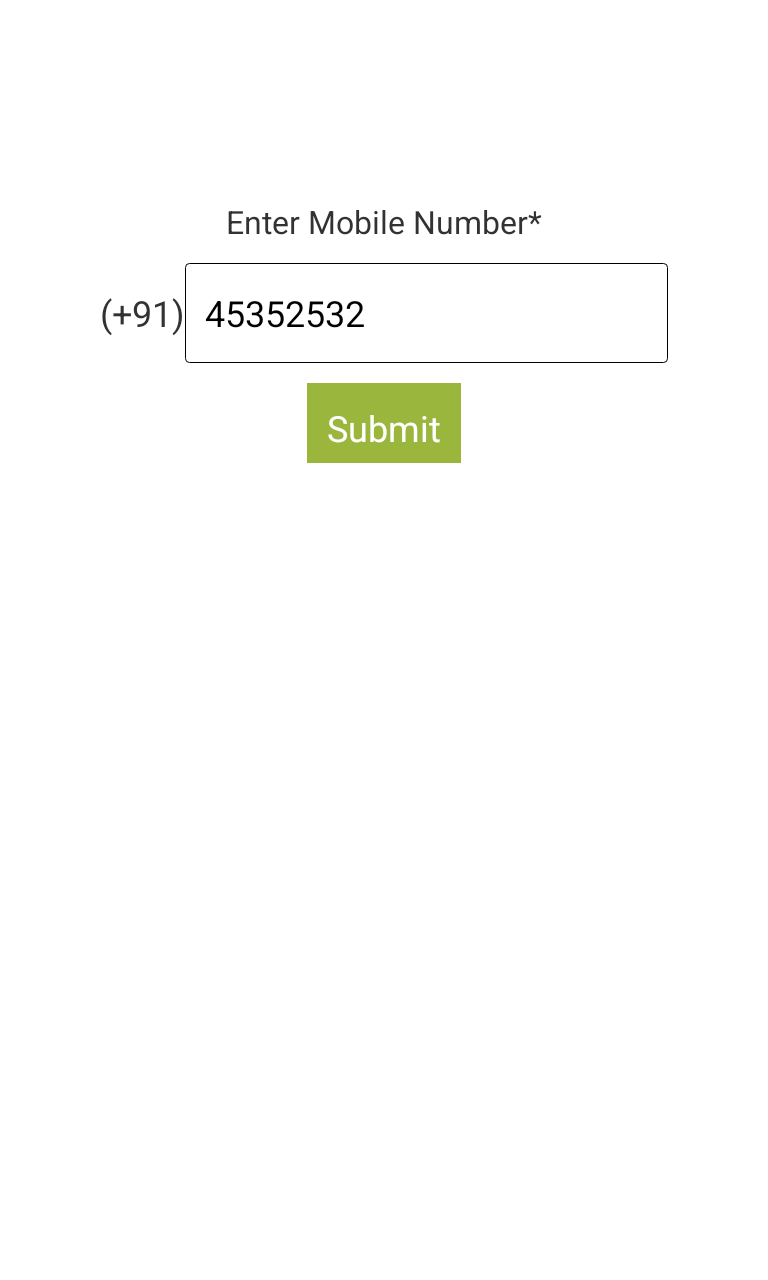
Repository: amitvikramjaiswal/amit-work
Layout: MandiTrades/MandiTradesAndroid/res/layout/first_screen.xml
These files come from the project's save history. The layout is drawn as it stood at one moment and after the next save; the edit follows.
It is drawn on a 768 x 1280 px phone screen (xhdpi) without system bars, with theme AppTheme; the app's code is not run.

Above is the layout before, as saved 2014-11-14 14:10:54.

### MandiTrades/MandiTradesAndroid/res/layout/first_screen.xml
<?xml version="1.0" encoding="utf-8"?>
<LinearLayout xmlns:android="http://schemas.android.com/apk/res/android"
    android:layout_width="match_parent"
    android:layout_height="match_parent"
    android:orientation="vertical" >

    <LinearLayout
        android:id="@+id/mobile_ll"
        android:layout_width="match_parent"
        android:layout_height="wrap_content"
        android:orientation="vertical" >

        <View
            android:layout_width="match_parent"
            android:layout_height="100dp" />

        <TextView
            android:layout_width="match_parent"
            android:layout_height="wrap_content"
            android:gravity="center"
            android:text="@string/enter_mobile_number"
            android:textSize="@dimen/text_size_large" />

        <LinearLayout
            android:layout_width="match_parent"
            android:layout_height="@dimen/height_row"
            android:layout_gravity="center"
            android:layout_marginLeft="50dp"
            android:layout_marginRight="50dp"
            android:layout_marginTop="@dimen/margin_left_right"
            android:orientation="horizontal" >

            <TextView
                android:layout_width="wrap_content"
                android:layout_height="wrap_content"
                android:gravity="center"
                android:text="(+91)"
                android:textSize="18sp" />

            <EditText
                android:id="@+id/mobile_et"
                android:layout_width="match_parent"
                android:layout_height="@dimen/height_row"
                android:background="@drawable/border_shape"
                android:hint="@string/mobile_number"
                android:inputType="number"
                android:maxLength="10"
                android:padding="@dimen/padding_normal"
                android:text="45352532"
                android:textColor="#000" />
        </LinearLayout>
    </LinearLayout>

    <LinearLayout
        android:id="@+id/otp_ll"
        android:layout_width="match_parent"
        android:layout_height="wrap_content"
        android:orientation="vertical"
        android:visibility="gone" >

        <View
            android:layout_width="match_parent"
            android:layout_height="100dp" />

        <TextView
            android:layout_width="match_parent"
            android:layout_height="wrap_content"
            android:gravity="center"
            android:text="@string/enter_otp"
            android:textSize="@dimen/text_size_large" />

        <RelativeLayout
            android:layout_width="match_parent"
            android:layout_height="wrap_content"
            android:layout_gravity="center_horizontal"
            android:layout_marginLeft="50dp"
            android:layout_marginRight="50dp"
            android:layout_marginTop="@dimen/margin_left_right"
            android:background="#ff9ab63c"
            android:padding="1dp" >

            <EditText
                android:id="@+id/otp_et"
                android:layout_width="match_parent"
                android:layout_height="@dimen/height_row"
                android:background="#fff"
                android:hint="@string/otp"
                android:inputType="number"
                android:maxLength="4"
                android:padding="@dimen/padding_normal"
                android:textColor="#000" />
        </RelativeLayout>
    </LinearLayout>

    <Button
        android:id="@+id/submit_btn"
        android:layout_width="wrap_content"
        android:layout_height="@dimen/height_button"
        android:layout_gravity="center_horizontal"
        android:layout_margin="@dimen/margin_left_right"
        android:background="#ff9ab63c"
        android:padding="@dimen/padding_normal"
        android:text="@string/submit"
        android:textColor="@android:color/white" />

</LinearLayout>

### MandiTrades/MandiTradesAndroid/res/values/styles.xml
<resources>

    <!--
        Base application theme, dependent on API level. This theme is replaced
        by AppBaseTheme from res/values-vXX/styles.xml on newer devices.
    -->
    <style name="AppBaseTheme" parent="android:Theme.Light">
        <!--
            Theme customizations available in newer API levels can go in
            res/values-vXX/styles.xml, while customizations related to
            backward-compatibility can go here.
        -->
    </style>

    <!-- Application theme. -->
    <style name="AppTheme" parent="AppBaseTheme">

        <!-- All customizations that are NOT specific to a particular API-level can go here. -->
        <item name="titleTextStyle">@style/TitleTextStyle</item>
    </style>

    <!-- *********************************************** Custom Progress Dialog *********************************************** -->
    <style name="CustomProgressDialog" parent="android:Theme.Holo.Dialog">
        <item name="android:alertDialogStyle">@style/CustomAlertDialogStyle</item>
        <item name="android:windowBackground">@color/transparent</item>
        <item name="android:textColorPrimary">#FFFFFF</item>
        <item name="android:backgroundDimEnabled">false</item>
        <item name="android:textColor">#FFFFFF</item>
        <item name="android:textStyle">normal</item>
        <item name="android:textSize">12sp</item>
    </style>

    <style name="CustomAlertDialogStyle">
        <item name="android:bottomBright">@color/transparent</item>
        <item name="android:bottomDark">@color/transparent</item>
        <item name="android:bottomMedium">@color/transparent</item>
        <item name="android:centerBright">@color/transparent</item>
        <item name="android:centerDark">@color/transparent</item>
        <item name="android:centerMedium">@color/transparent</item>
        <item name="android:fullBright">@color/transparent</item>
        <item name="android:fullDark">@color/transparent</item>
        <item name="android:topBright">@color/transparent</item>
        <item name="android:topDark">@color/transparent</item>
    </style>

    <style name="TitleTextStyle" parent="@style/TextAppearance.AppCompat.Widget.ActionBar.Title">
        <item name="android:gravity">center</item>
    </style>

</resources>

### MandiTrades/MandiTradesAndroid/res/values-sw600dp/dimens.xml
<resources>

    <!--
         Customize dimensions originally defined in res/values/dimens.xml (such as
         screen margins) for sw600dp devices (e.g. 7" tablets) here.
    -->
    <dimen name="activity_horizontal_margin">16dp</dimen>
    <dimen name="activity_vertical_margin">16dp</dimen>
    <dimen name="text_size_normal">18sp</dimen>
    <dimen name="text_size_small">14sp</dimen>
    <dimen name="text_size_large">22sp</dimen>
    <dimen name="width_small_field_1">150dp</dimen>
    <dimen name="width_small_field_2">100dp</dimen>
    <dimen name="height_row">50dp</dimen>
    <dimen name="height_button">70dp</dimen>
    <dimen name="margin_left_right">10dp</dimen>
    <dimen name="margin_address">20dp</dimen>
    <dimen name="width_large_field">260dp</dimen>
    <dimen name="size_icon">50dp</dimen>
    <dimen name="text_size_heading">22sp</dimen>

    <!-- Main Menu -->

    <dimen name="height_main_menu_ll">230dp</dimen>
    <dimen name="width_main_menu_ll">230dp</dimen>
    <dimen name="size_alert_main_menu_icon">130dp</dimen>
    <dimen name="size_main_menu_icon">130dp</dimen>
    <dimen name="padding_main_menu_icon">30dp</dimen>
    <dimen name="padding_main_menu_layout">15dp</dimen>
    <dimen name="size_main_menu_icon_rl">142dp</dimen>
    <dimen name="slidermenu_width">250dp</dimen>

    <!-- New Sale Commodity Page -->

    <dimen name="height_commodity_title">45dp</dimen>
    <dimen name="padding_commodity_title">5dp</dimen>
    <dimen name="text_size_commodity_title">20sp</dimen>

    <!-- New Sale Horizontal Scroll Template -->

    <dimen name="width_image_view">120dp</dimen>
    <dimen name="height_image_view">120dp</dimen>
    <dimen name="width_text_view">120dp</dimen>
    <dimen name="height_text_view">20dp</dimen>
    <dimen name="text_size_commodity_name">18sp</dimen>

    <!-- New Sale Post Page -->
    <dimen name="width_label_column">160dp</dimen>
    <dimen name="image_height">300dp</dimen>
    <dimen name="padding_image">5dp</dimen>
    <dimen name="padding_normal">10dp</dimen>
    <dimen name="padding_small">5dp</dimen>
    <dimen name="text_size_timer">30sp</dimen>

    <!-- NEWS Page -->
    <dimen name="width_news_image">120dp</dimen>
    <dimen name="height_news_image">80dp</dimen>
    <dimen name="cart_label_radious">15dp</dimen>
    <dimen name="home_screen_first_row_top_margin">12dp</dimen>
    <dimen name="main_menu_top_margin">50dp</dimen>

    <!-- Image Upload -->

    <dimen name="height_image_upload_layout">140dp</dimen>
    <dimen name="height_image_upload_icon">110dp</dimen>

</resources>

### MandiTrades/MandiTradesAndroid/res/values-sw720dp/dimens.xml
<resources>

    <!--
         Customize dimensions originally defined in res/values/dimens.xml (such as
         screen margins) for sw600dp devices (e.g. 7" tablets) here.
    -->
    <dimen name="activity_horizontal_margin">16dp</dimen>
    <dimen name="activity_vertical_margin">16dp</dimen>
    <dimen name="text_size_normal">16sp</dimen>
    <dimen name="text_size_small">14sp</dimen>
    <dimen name="text_size_large">18sp</dimen>
    <dimen name="width_small_field_1">150dp</dimen>
    <dimen name="width_small_field_2">100dp</dimen>
    <dimen name="height_row">50dp</dimen>
    <dimen name="height_button">70dp</dimen>
    <dimen name="margin_left_right">10dp</dimen>
    <dimen name="margin_address">20dp</dimen>
    <dimen name="width_large_field">260dp</dimen>
    <dimen name="size_icon">50dp</dimen>
    <dimen name="text_size_heading">22sp</dimen>

    <!-- Main Menu -->

    <dimen name="height_main_menu_ll">230dp</dimen>
    <dimen name="width_main_menu_ll">230dp</dimen>
    <dimen name="size_alert_main_menu_icon">130dp</dimen>
    <dimen name="size_main_menu_icon">130dp</dimen>
    <dimen name="padding_main_menu_icon">30dp</dimen>
    <dimen name="padding_main_menu_layout">15dp</dimen>
    <dimen name="size_main_menu_icon_rl">142dp</dimen>
    <dimen name="slidermenu_width">250dp</dimen>

    <!-- New Sale Commodity Page -->

    <dimen name="height_commodity_title">45dp</dimen>
    <dimen name="padding_commodity_title">5dp</dimen>
    <dimen name="text_size_commodity_title">20sp</dimen>

    <!-- New Sale Horizontal Scroll Template -->

    <dimen name="width_image_view">120dp</dimen>
    <dimen name="height_image_view">120dp</dimen>
    <dimen name="width_text_view">120dp</dimen>
    <dimen name="height_text_view">20dp</dimen>
    <dimen name="text_size_commodity_name">18sp</dimen>

    <!-- New Sale Post Page -->
    <dimen name="width_label_column">140dp</dimen>
    <dimen name="image_height">300dp</dimen>
    <dimen name="padding_image">5dp</dimen>
    <dimen name="padding_normal">10dp</dimen>
    <dimen name="padding_small">5dp</dimen>
    <dimen name="text_size_timer">30sp</dimen>

    <!-- NEWS Page -->
    <dimen name="width_news_image">120dp</dimen>
    <dimen name="height_news_image">80dp</dimen>
    <dimen name="cart_label_radious">15dp</dimen>
    <dimen name="home_screen_first_row_top_margin">12dp</dimen>
    <dimen name="main_menu_top_margin">50dp</dimen>

    <!-- Image Upload -->

    <dimen name="height_image_upload_layout">140dp</dimen>
    <dimen name="height_image_upload_icon">110dp</dimen>

</resources>

### MandiTrades/MandiTradesAndroid/res/values/dimens.xml
<resources>

    <!--
         Customize dimensions originally defined in res/values/dimens.xml (such as
         screen margins) for sw600dp devices (e.g. 7" tablets) here.
    -->
    <dimen name="activity_horizontal_margin">16dp</dimen>
    <dimen name="activity_vertical_margin">16dp</dimen>

    <dimen name="text_size_notify">12sp</dimen>
    <dimen name="text_size_normal">16sp</dimen>
    <dimen name="text_size_small">14sp</dimen>
    <dimen name="text_size_large">20sp</dimen>
    <dimen name="width_small_field_1">150dp</dimen>
    <dimen name="width_small_field_2">100dp</dimen>
    <dimen name="height_row">50dp</dimen>
    <dimen name="height_button">70dp</dimen>
    <dimen name="margin_left_right">10dp</dimen>
    <dimen name="margin_address">15dp</dimen>
    <dimen name="width_large_field">260dp</dimen>
    <dimen name="size_icon">50dp</dimen>
    <dimen name="margin_right">5dp</dimen>

    <!-- Main Menu -->

    <dimen name="height_main_menu_ll">200dp</dimen>
    <dimen name="width_main_menu_ll">180dp</dimen>
    <dimen name="size_alert_main_menu_icon">130dp</dimen>
    <dimen name="size_main_menu_icon">120dp</dimen>
    <dimen name="padding_main_menu_icon">30dp</dimen>
    <dimen name="padding_main_menu_layout">15dp</dimen>
    <dimen name="size_main_menu_icon_rl">112dp</dimen>
    <dimen name="slidermenu_width">200dp</dimen>

    <!-- New Sale Commodity Page -->

    <dimen name="height_commodity_title">45dp</dimen>
    <dimen name="padding_commodity_title">5dp</dimen>
    <dimen name="text_size_commodity_title">20sp</dimen>

    <!-- New Sale Horizontal Scroll Template -->

    <dimen name="width_image_view">120dp</dimen>
    <dimen name="height_image_view">120dp</dimen>
    <dimen name="width_text_view">120dp</dimen>
    <dimen name="height_text_view">20dp</dimen>
    <dimen name="text_size_commodity_name">18sp</dimen>

    <!-- New Sale Post Page -->
    <dimen name="width_label_column">140dp</dimen>
    <dimen name="image_height">300dp</dimen>
    <dimen name="padding_image">5dp</dimen>
    <dimen name="padding_normal">10dp</dimen>
    <dimen name="padding_small">5dp</dimen>
    <dimen name="text_size_timer">30sp</dimen>

    <!-- NEWS Page -->
    <dimen name="width_news_image">120dp</dimen>
    <dimen name="height_news_image">80dp</dimen>
    <dimen name="cart_label_radious">15dp</dimen>

    <dimen name="home_screen_first_row_top_margin">12dp</dimen>
    <dimen name="main_menu_top_margin">30dp</dimen>
    <dimen name="height_comment_box">80dp</dimen>
     <dimen name="text_size_heading">20sp</dimen>
     <dimen name="padding_very_small">2dp</dimen>

       <!-- Image Upload -->

    <dimen name="height_image_upload_layout">85dp</dimen>
    <dimen name="height_image_upload_icon">55dp</dimen>

</resources>

### MandiTrades/MandiTradesAndroid/res/drawable/border_shape.xml
<?xml version="1.0" encoding="utf-8"?>
<shape xmlns:android="http://schemas.android.com/apk/res/android"
android:shape="rectangle">
<corners
android:bottomRightRadius="2dp"
android:bottomLeftRadius="2dp"
android:topLeftRadius="2dp"
android:topRightRadius="2dp"/>
<solid android:color="#FFFFFF" />

<stroke android:width="0.5px" android:color="#000" />
</shape>

Loaded but not shown: MandiTrades/MandiTradesAndroid/res/values-v11/styles.xml (common file); MandiTrades/MandiTradesAndroid/res/values-v14/styles.xml (common file); MandiTrades/MandiTradesAndroid/res/values/strings.xml (193 lines, source omitted)

After the next save:
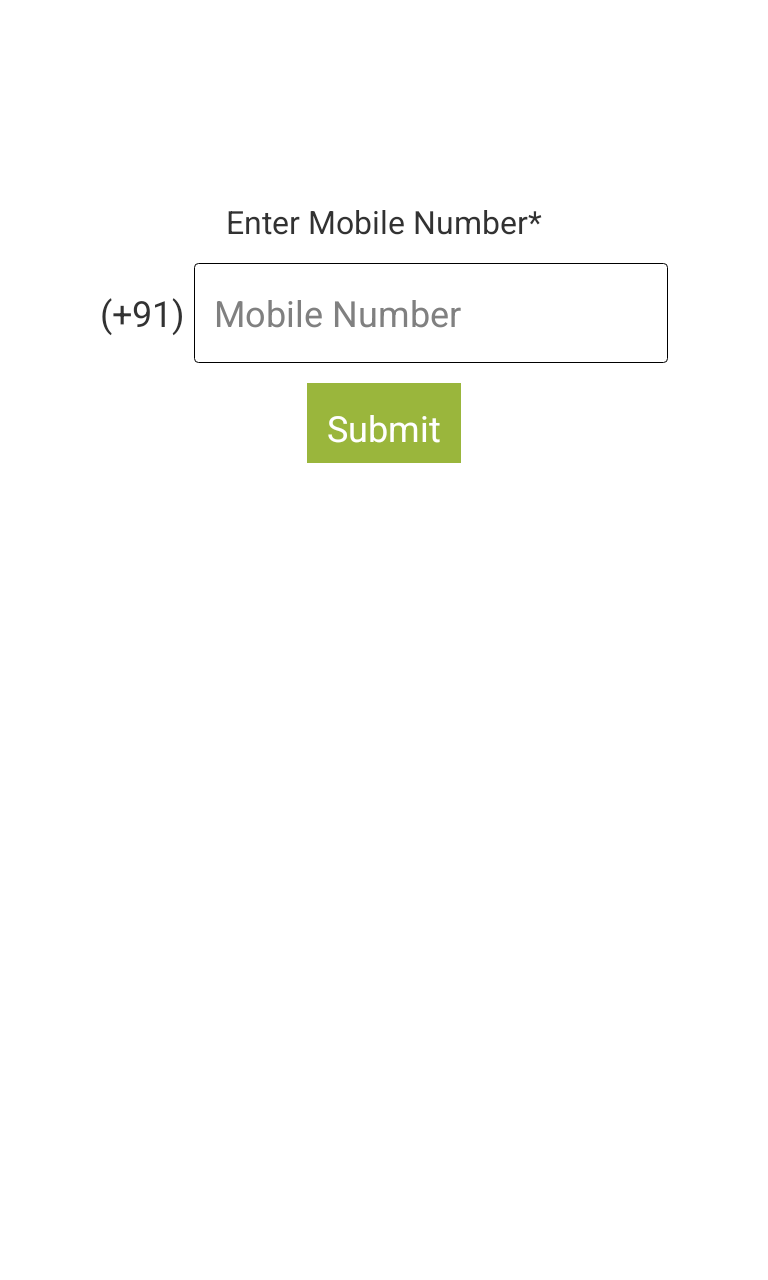
Saved 47 s later.
--- a/MandiTrades/MandiTradesAndroid/res/layout/first_screen.xml
+++ b/MandiTrades/MandiTradesAndroid/res/layout/first_screen.xml
@@ -34,7 +34,7 @@
                 android:layout_width="wrap_content"
                 android:layout_height="wrap_content"
                 android:gravity="center"
-                android:text="(+91)"
+                android:text="(+91) "
                 android:textSize="18sp" />
 
             <EditText
@@ -46,7 +46,6 @@
                 android:inputType="number"
                 android:maxLength="10"
                 android:padding="@dimen/padding_normal"
-                android:text="45352532"
                 android:textColor="#000" />
         </LinearLayout>
     </LinearLayout>
